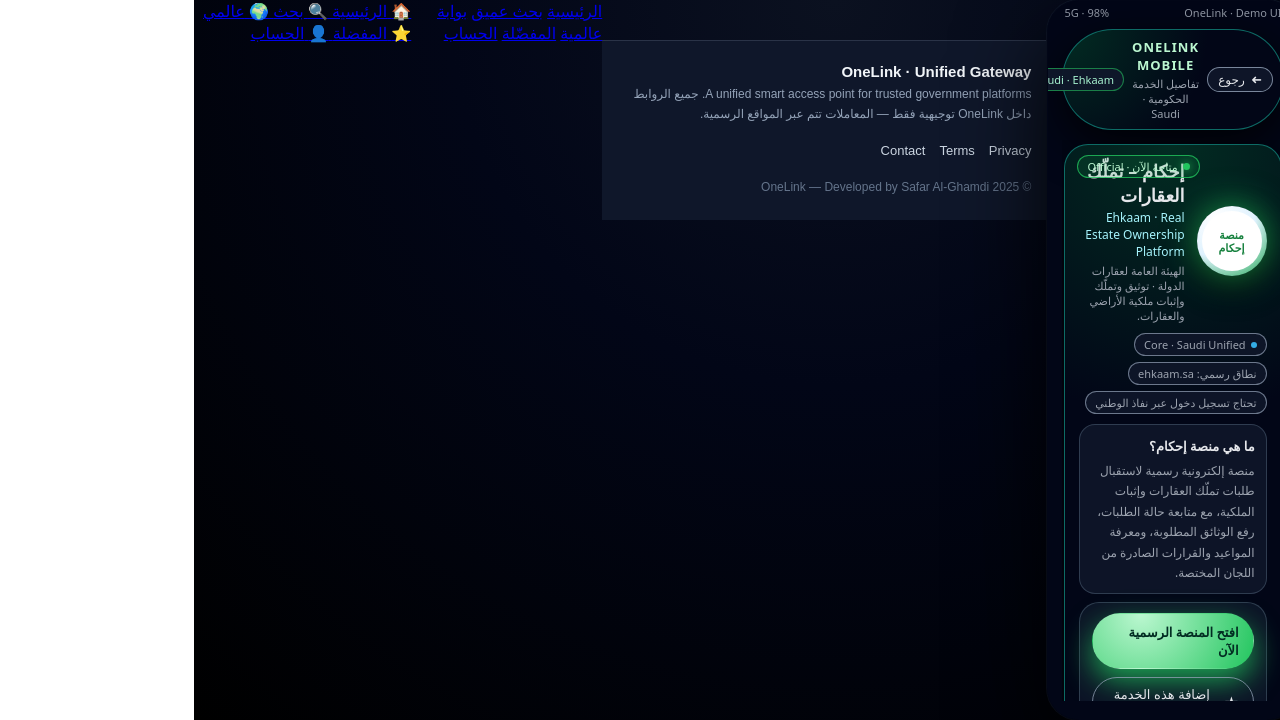
Repository: seesafar/GovLinksApp
Page: docs/app-ui/app-service-ehkaam.html
These files come from the project's save history. The page is drawn as it stood at one moment and after the next save; the edit follows.
The browser window is 1280 px wide. The pictures show the whole page.

Above is the page before, as saved 2025-12-01 07:14:45.

### docs/app-ui/app-service-ehkaam.html
<!DOCTYPE html>
<html lang="ar" dir="rtl">
<head>
  <meta charset="UTF-8" />
  <title>OneLink Mobile · تفاصيل خدمة إحكام</title>
  <meta name="viewport" content="width=device-width, initial-scale=1.0" />

  <style>
    :root {
      --bg-main: #020617;
      --panel-bg: rgba(15, 23, 42, 0.98);
      --panel-soft: rgba(15, 23, 42, 0.85);
      --accent: #22c55e;
      --accent-soft: rgba(34, 197, 94, 0.16);
      --text-main: #e5e7eb;
      --text-muted: #9ca3af;
      --border-soft: rgba(51, 65, 85, 0.9);
      --danger: #f97373;
    }

    * {
      box-sizing: border-box;
      margin: 0;
      padding: 0;
    }

    body {
      min-height: 100vh;
      display: flex;
      justify-content: center;
      align-items: stretch;
      background:
        radial-gradient(circle at top, #0b1120 0, var(--bg-main) 40%, #000 100%);
      font-family: system-ui, -apple-system, "Segoe UI", sans-serif;
      color: var(--text-main);
    }

    .phone-frame {
      width: 430px;
      max-width: 100%;
      height: 100vh;
      max-height: 920px;
      border-radius: 32px;
      border: 1px solid #020617;
      box-shadow:
        0 40px 90px rgba(0, 0, 0, 0.9),
        0 0 0 1px rgba(15, 23, 42, 0.9);
      overflow: hidden;
      background: linear-gradient(180deg, #020617 0%, #020617 100%);
      position: relative;
    }

    .status-bar {
      height: 18px;
      padding: 8px 16px 4px;
      display: flex;
      align-items: center;
      justify-content: space-between;
      font-size: 11px;
      color: var(--text-muted);
      opacity: 0.9;
    }

    .app-shell {
      padding: 10px 14px 14px;
      height: calc(100% - 22px);
      display: flex;
      flex-direction: column;
      gap: 10px;
    }

    /* Header */
    .app-header {
      display: flex;
      align-items: center;
      justify-content: space-between;
      gap: 8px;
      padding: 8px 10px;
      border-radius: 999px;
      background: radial-gradient(circle at top left, #022c22, #020617 60%);
      border: 1px solid rgba(15, 118, 110, 0.9);
      box-shadow: 0 15px 45px rgba(0, 0, 0, 0.8);
    }

    .back-chip {
      display: inline-flex;
      align-items: center;
      gap: 6px;
      padding: 4px 10px;
      border-radius: 999px;
      border: 1px solid rgba(148, 163, 184, 0.8);
      background: rgba(15, 23, 42, 0.95);
      font-size: 12px;
      color: var(--text-main);
      cursor: pointer;
    }

    .back-chip span.icon {
      font-size: 13px;
      transform: scaleX(-1);
    }

    .app-title {
      display: flex;
      flex-direction: column;
      gap: 2px;
      text-align: center;
      flex: 1;
    }

    .app-title span.main {
      font-size: 13px;
      font-weight: 600;
      letter-spacing: 0.08em;
      text-transform: uppercase;
      color: #bbf7d0;
    }

    .app-title span.sub {
      font-size: 11px;
      color: var(--text-muted);
    }

    .app-region-pill {
      font-size: 11px;
      padding: 3px 9px;
      border-radius: 999px;
      background: rgba(15, 23, 42, 0.96);
      border: 1px solid rgba(34, 197, 94, 0.6);
      color: #a7f3d0;
      white-space: nowrap;
    }

    /* Content scroll */
    .content-scroll {
      flex: 1;
      overflow-y: auto;
      padding: 4px 2px 4px;
      display: flex;
      flex-direction: column;
      gap: 12px;
    }

    /* Service hero */
    .service-hero {
      border-radius: 24px;
      padding: 14px 14px 12px;
      background: radial-gradient(circle at top, #022c22 0, #020617 40%, #020617 100%);
      border: 1px solid rgba(15, 118, 110, 0.9);
      box-shadow: 0 26px 60px rgba(0, 0, 0, 0.95);
      position: relative;
    }

    .service-top {
      display: flex;
      gap: 12px;
      align-items: center;
    }

    .service-logo-wrap {
      width: 70px;
      height: 70px;
      border-radius: 999px;
      background: radial-gradient(circle at 28% 18%, #ffffff, #e0f2fe, #16a34a);
      display: flex;
      align-items: center;
      justify-content: center;
      box-shadow:
        0 0 35px rgba(34, 197, 94, 0.75),
        0 12px 30px rgba(0, 0, 0, 0.9);
      flex-shrink: 0;
    }

    .service-logo-inner {
      width: 60px;
      height: 60px;
      border-radius: 999px;
      background: #ffffff;
      display: flex;
      align-items: center;
      justify-content: center;
      font-size: 11px;
      color: #15803d;
      text-align: center;
      font-weight: 700;
      line-height: 1.2;
    }

    .service-main-title {
      flex: 1;
    }

    .service-main-title h1 {
      font-size: 18px;
      margin-bottom: 2px;
    }

    .service-main-title .service-en {
      font-size: 12px;
      color: #a5f3fc;
      margin-bottom: 3px;
    }

    .service-main-title .service-meta {
      font-size: 11px;
      color: var(--text-muted);
    }

    .service-status-chip {
      position: absolute;
      top: 10px;
      left: 12px;
      padding: 3px 9px;
      border-radius: 999px;
      font-size: 11px;
      background: rgba(22, 163, 74, 0.15);
      border: 1px solid rgba(34, 197, 94, 0.8);
      color: #bbf7d0;
      display: inline-flex;
      gap: 5px;
      align-items: center;
    }

    .service-status-chip span.dot {
      width: 7px;
      height: 7px;
      border-radius: 999px;
      background: #22c55e;
      box-shadow: 0 0 10px rgba(34, 197, 94, 1);
    }

    /* Badges row */
    .badge-row {
      margin-top: 10px;
      display: flex;
      flex-wrap: wrap;
      gap: 6px;
      font-size: 11px;
    }

    .info-badge {
      padding: 3px 9px;
      border-radius: 999px;
      border: 1px solid rgba(148, 163, 184, 0.7);
      background: rgba(15, 23, 42, 0.9);
      color: var(--text-muted);
      display: inline-flex;
      align-items: center;
      gap: 5px;
    }

    .info-badge span.dot {
      width: 6px;
      height: 6px;
      border-radius: 999px;
      background: rgba(56, 189, 248, 0.9);
    }

    /* Description card */
    .description-card {
      margin-top: 10px;
      padding: 10px 11px;
      border-radius: 16px;
      background: rgba(15, 23, 42, 0.9);
      border: 1px solid rgba(51, 65, 85, 0.9);
      font-size: 12px;
      color: var(--text-main);
      line-height: 1.7;
    }

    .description-card h2 {
      font-size: 13px;
      margin-bottom: 4px;
    }

    .description-card p {
      font-size: 12px;
      color: var(--text-muted);
    }

    /* Buttons block */
    .actions-card {
      margin-top: 8px;
      border-radius: 20px;
      background: var(--panel-soft);
      border: 1px solid var(--border-soft);
      padding: 10px 12px;
      display: flex;
      flex-direction: column;
      gap: 8px;
    }

    .primary-btn,
    .secondary-btn {
      width: 100%;
      border-radius: 999px;
      border: 1px solid transparent;
      padding: 9px 14px;
      font-size: 13px;
      display: inline-flex;
      align-items: center;
      justify-content: center;
      gap: 8px;
      cursor: pointer;
      text-decoration: none;
      transition: all 0.15s ease-out;
    }

    .primary-btn {
      background: radial-gradient(circle at 30% 0%, #bbf7d0, #22c55e);
      color: #022c22;
      font-weight: 700;
      box-shadow:
        0 12px 30px rgba(34, 197, 94, 0.8),
        0 0 0 1px rgba(15, 23, 42, 0.8);
    }

    .primary-btn:hover {
      transform: translateY(-1px);
      box-shadow:
        0 16px 40px rgba(34, 197, 94, 0.95),
        0 0 0 1px rgba(15, 23, 42, 0.9);
    }

    .secondary-btn {
      background: transparent;
      color: var(--text-main);
      border-color: rgba(148, 163, 184, 0.75);
      font-weight: 500;
    }

    .secondary-btn span.icon {
      font-size: 16px;
    }

    .secondary-btn:hover {
      background: rgba(15, 23, 42, 0.9);
    }

    .mini-note {
      font-size: 10.5px;
      color: var(--text-muted);
      text-align: center;
      margin-top: 4px;
    }

    /* Extra info card */
    .extra-card {
      border-radius: 18px;
      padding: 10px 11px;
      background: rgba(15, 23, 42, 0.96);
      border: 1px solid rgba(55, 65, 81, 1);
      font-size: 11px;
      color: var(--text-muted);
      line-height: 1.6;
    }

    .extra-card strong {
      color: #bfdbfe;
    }

    /* Dots at bottom (pager) */
    .pager-dots {
      display: flex;
      justify-content: center;
      gap: 6px;
      margin-top: 6px;
    }

    .pager-dot {
      width: 5px;
      height: 5px;
      border-radius: 999px;
      background: #1f2937;
    }

    .pager-dot.active {
      width: 16px;
      background: var(--accent);
      box-shadow: 0 0 12px rgba(34, 197, 94, 0.9);
    }
  </style>
</head>
<body>
    <body>
  <div data-include="../core/layout/header.html"></div>
  <div class="phone-frame">
    <div class="status-bar">
      <span>OneLink · Demo UI</span>
      <span>5G · 98%</span>
    </div>

    <div class="app-shell">
      <!-- Header -->
      <header class="app-header">
        <button class="back-chip" type="button" onclick="history.back()">
          <span class="icon">➜</span>
          <span>رجوع</span>
        </button>

        <div class="app-title">
          <span class="main">ONELINK MOBILE</span>
          <span class="sub">تفاصيل الخدمة الحكومية · Saudi</span>
        </div>

        <div class="app-region-pill">
          🇸🇦 Saudi · Ehkaam
        </div>
      </header>

      <!-- Scrollable content -->
      <div class="content-scroll">
        <!-- Service hero -->
        <section class="service-hero">
          <div class="service-status-chip">
            <span class="dot"></span>
            <span>متاحة الآن · Official</span>
          </div>

          <div class="service-top">
            <div class="service-logo-wrap">
              <div class="service-logo-inner">
                منصة<br>إحكام
              </div>
            </div>

            <div class="service-main-title">
              <h1>إحكام – تملّك العقارات</h1>
              <div class="service-en">Ehkaam · Real Estate Ownership Platform</div>
              <div class="service-meta">
                الهيئة العامة لعقارات الدولة · توثيق وتملّك وإثبات ملكية الأراضي والعقارات.
              </div>
            </div>
          </div>

          <div class="badge-row">
            <div class="info-badge">
              <span class="dot"></span>
              Core · Saudi Unified
            </div>
            <div class="info-badge">
              نطاق رسمي: ehkaam.sa
            </div>
            <div class="info-badge">
              تحتاج تسجيل دخول عبر نفاذ الوطني
            </div>
          </div>

          <div class="description-card">
            <h2>ما هي منصة إحكام؟</h2>
            <p>
              منصة إلكترونية رسمية لاستقبال طلبات تملّك العقارات وإثبات الملكية،
              مع متابعة حالة الطلبات، رفع الوثائق المطلوبة، ومعرفة المواعيد والقرارات
              الصادرة من اللجان المختصة.
            </p>
          </div>

          <div class="actions-card">
            <a
              class="primary-btn"
              href="https://ehkaam.sa"
              target="_blank"
              rel="noopener"
            >
              افتح المنصة الرسمية الآن
            </a>

            <button class="secondary-btn" type="button">
              <span class="icon">★</span>
              إضافة هذه الخدمة إلى المفضّلة
            </button>

            <p class="mini-note">
              يتم فتح موقع إحكام في تبويب مستقل في المتصفح. OneLink لا يطلب منك أي
              بيانات دخول أو كلمة مرور داخل التطبيق.
            </p>
          </div>
        </section>

        <!-- Extra info -->
        <section class="extra-card">
          <p>
            <strong>تلميح استخدام سريع:</strong><br />
            احفظ روابط الخدمات التي تزورها كثيراً داخل تبويب
            <strong>Global Links</strong> أو مفضّلة السعودية،
            بحيث تقدر تفتح إحكام وأبشر وناجز وغيرها من مكان واحد بدون بحث كل مرة.
          </p>
          <p style="margin-top:6px;">
            عند وجود أي تحديث في رابط إحكام الرسمي، يمكن تحديثه مركزياً داخل OneLink
            بدون الحاجة لتعديل التطبيق بالكامل.
          </p>
        </section>

        <div class="pager-dots">
          <div class="pager-dot"></div>
          <div class="pager-dot active"></div>
          <div class="pager-dot"></div>
        </div>
      </div>
    </div>
  </div>
    <div data-include="../core/layout/footer.html"></div>
  <script src="../core/js/include.js"></script>
</body>
</html>
<nav class="app-nav">
  <a href="app-home-global.html" class="active">الرئيسية</a>
  <a href="app-deep-search.html">بحث عميق</a>
  <a href="app-global-hub.html">بوابة عالمية</a>
  <a href="app-favorites-global.html">المفضّلة</a>
  <a href="app-account.html">الحساب</a>
</nav>
<!--
<nav class="app-nav">
  <a href="app-home-global.html" class="active">الرئيسية</a>
  <a href="app-deep-search.html">بحث عميق</a>
  <a href="app-global-hub.html">بوابة عالمية</a>
  <a href="app-favorites-global.html">المفضلة</a>
  <a href="app-account.html">الحساب</a>
</nav>
-->
<div data-include="../core/layout/bottom-nav.html"></div>
<script src="../core/js/include.js"></script>
</body>
</html>

### core/i18n/include.js
// include.js
// =======================
// Universal Header & Footer Loader
// For OneLink (Saudi - Egypt - China - EN)
// =======================

async function includeHTML() {

  const elements = document.querySelectorAll("[data-include]");

  for (const el of elements) {
    const file = el.getAttribute("data-include");

    try {
      const response = await fetch(file);

      if (!response.ok) {
        el.innerHTML = `<div style="color:red">Error loading: ${file}</div>`;
        continue;
      }

      const html = await response.text();
      el.innerHTML = html;
    } catch (err) {
      el.innerHTML = `<div style="color:red">Include failed: ${file}</div>`;
    }
  }
}

// Run on page load
document.addEventListener("DOMContentLoaded", includeHTML);

### core/i18n/header.html
<header class="ol-docs-header">
  <div class="ol-docs-header-inner">
    <!-- الشعار + اسم OneLink -->
    <a href="index-en.html" class="ol-docs-brand">
      <div class="ol-docs-logo-circle">OL</div>
      <div class="ol-docs-brand-text">
        <span class="ol-docs-brand-title">OneLink</span>
        <span class="ol-docs-brand-sub">Unified Government Services</span>
      </div>
    </a>

    <!-- روابط التنقّل الرئيسية -->
    <nav class="ol-docs-nav">
      <a href="index-en.html">Home</a>
      <a href="about-en.html">About OneLink</a>
      <a href="services-sa.html">Saudi</a>
      <a href="services-egypt.html">Egypt</a>
      <a href="services-china.html">China</a>
    </nav>

    <!-- التحويل بين AR / EN للـ docs -->
    <div class="ol-docs-lang">
      <a href="index-ar.html">العربية</a>
      <span class="ol-docs-lang-sep">·</span>
      <a href="index-en.html" class="is-active">EN</a>
    </div>
  </div>
</header>

### core/i18n/footer.html
<footer class="onelink-footer">
  <div class="footer-inner">

    <div class="footer-left">
      <h3 class="footer-title">OneLink · Unified Gateway</h3>
      <p class="footer-desc">
        A unified smart access point for trusted government platforms.
        جميع الروابط داخل OneLink توجيهية فقط — المعاملات تتم عبر المواقع الرسمية.
      </p>
    </div>

    <div class="footer-links">
      <a href="#">Privacy</a>
      <a href="#">Terms</a>
      <a href="#">Contact</a>
    </div>

    <div class="footer-copy">
      © 2025 OneLink — Developed by Safar Al-Ghamdi
    </div>

  </div>
</footer>

<style>
  .onelink-footer {
    background: #0f172a;
    border-top: 1px solid rgba(148, 163, 184, 0.2);
    padding: 22px 0 26px;
    margin-top: 40px;
    color: #cbd5e1;
    font-family: "Cairo", sans-serif;
  }

  .footer-inner {
    max-width: 1100px;
    margin: 0 auto;
    padding: 0 16px;
    display: flex;
    flex-direction: column;
    gap: 18px;
  }

  .footer-title {
    font-size: 15px;
    font-weight: 700;
    margin-bottom: 4px;
    color: #f1f5f9;
  }

  .footer-desc {
    font-size: 12px;
    color: #94a3b8;
    line-height: 1.7;
  }

  .footer-links {
    display: flex;
    gap: 14px;
    font-size: 13px;
  }

  .footer-links a {
    color: #cbd5e1;
    text-decoration: none;
  }

  .footer-links a:hover {
    color: #38bdf8;
  }

  .footer-copy {
    font-size: 12px;
    color: #64748b;
    margin-top: 4px;
  }
</style>

### core/i18n/bottom-nav.html
<nav class="bottom-nav">
  <a href="../app-ui/app-home-global.html" class="nav-item" data-tab="home">
    <span class="nav-icon">🏠</span>
    <span class="nav-label">الرئيسية</span>
  </a>

  <a href="../app-ui/app-deep-search.html" class="nav-item" data-tab="search">
    <span class="nav-icon">🔍</span>
    <span class="nav-label">بحث</span>
  </a>

  <a href="../app-ui/app-global-hub.html" class="nav-item" data-tab="hub">
    <span class="nav-icon">🌍</span>
    <span class="nav-label">عالمي</span>
  </a>

  <a href="../app-ui/app-favorites-global.html" class="nav-item" data-tab="fav">
    <span class="nav-icon">⭐</span>
    <span class="nav-label">المفضلة</span>
  </a>

  <a href="../app-ui/app-account.html" class="nav-item" data-tab="account">
    <span class="nav-icon">👤</span>
    <span class="nav-label">الحساب</span>
  </a>
</nav>

After the next save:
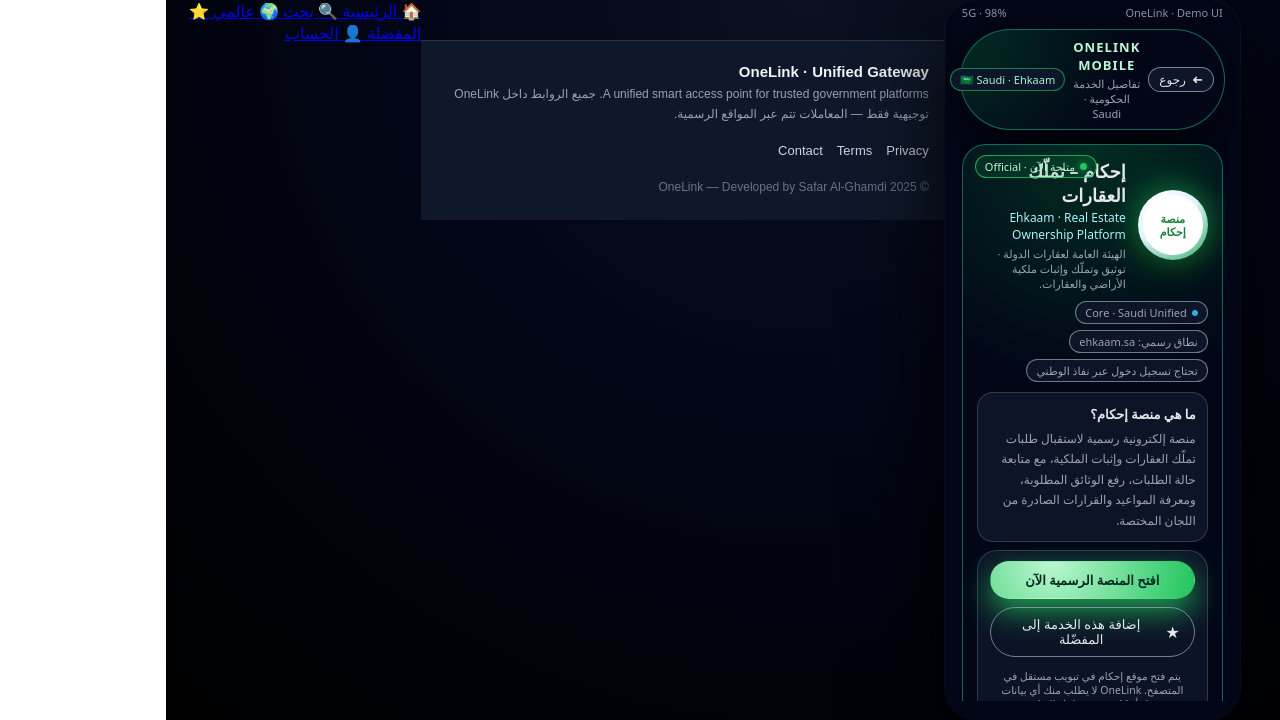
Saved 3 min 1 s later.
--- a/docs/app-ui/app-service-ehkaam.html
+++ b/docs/app-ui/app-service-ehkaam.html
@@ -503,22 +503,7 @@
   <script src="../core/js/include.js"></script>
 </body>
 </html>
-<nav class="app-nav">
-  <a href="app-home-global.html" class="active">الرئيسية</a>
-  <a href="app-deep-search.html">بحث عميق</a>
-  <a href="app-global-hub.html">بوابة عالمية</a>
-  <a href="app-favorites-global.html">المفضّلة</a>
-  <a href="app-account.html">الحساب</a>
-</nav>
-<!--
-<nav class="app-nav">
-  <a href="app-home-global.html" class="active">الرئيسية</a>
-  <a href="app-deep-search.html">بحث عميق</a>
-  <a href="app-global-hub.html">بوابة عالمية</a>
-  <a href="app-favorites-global.html">المفضلة</a>
-  <a href="app-account.html">الحساب</a>
-</nav>
--->
+
 <div data-include="../core/layout/bottom-nav.html"></div>
 <script src="../core/js/include.js"></script>
 </body>
